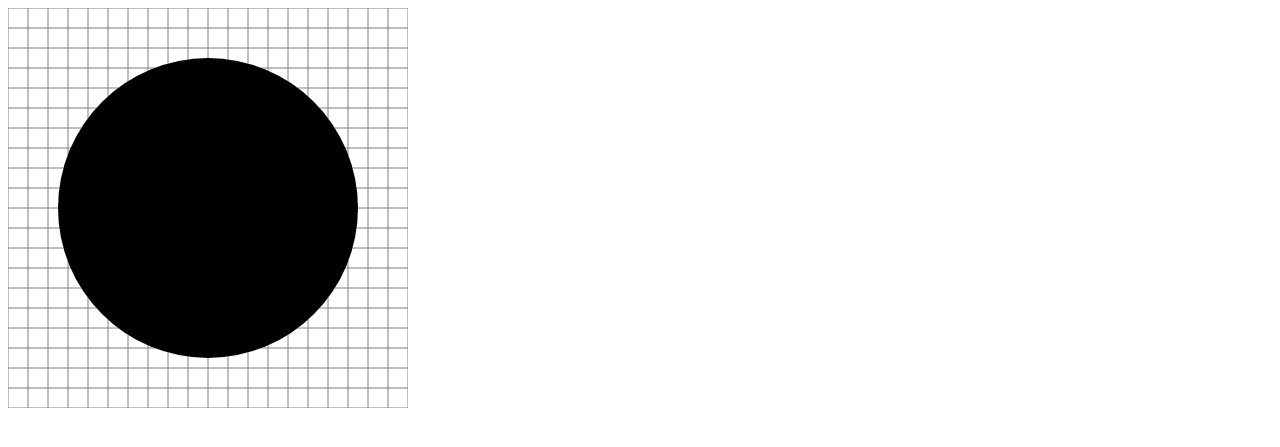
Repository: pedro-mancano/ProjetoCDM204
Page: scripts/radar.html
An editor plug-in stored every save of this project. The page is shown before and after the next save, followed by the edit.
The browser window is 1280 px wide. The pictures show the whole page.

Above is the page before, as saved 2024-11-27 08:19:01.

After the next save:
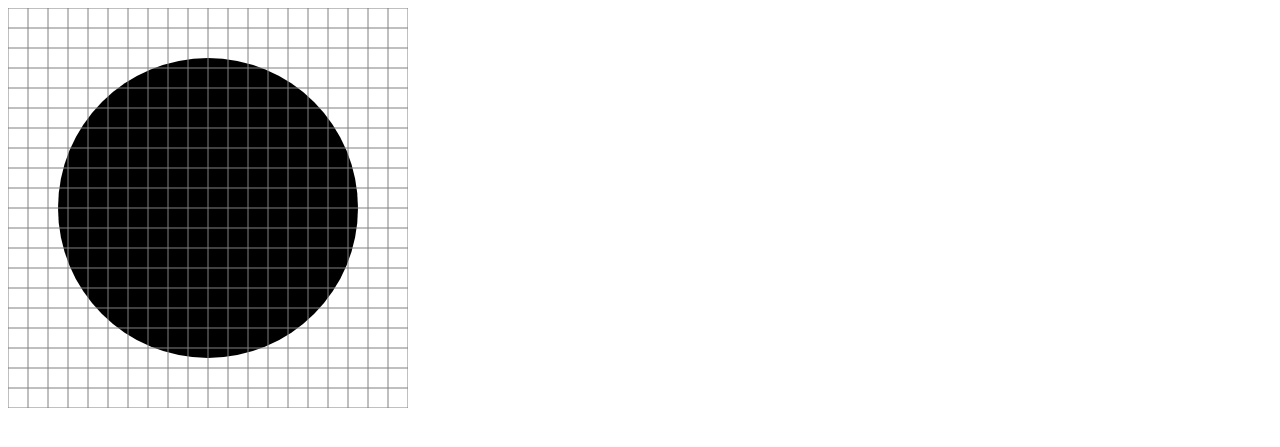
Saved 14 s later.
--- a/scripts/radar.js
+++ b/scripts/radar.js
@@ -58,13 +58,14 @@ function draw(elapsed) {
   }
 
   // Draw the grid
-  drawGrid(ctx, 20);
 
   // Clear the outside of the circle
   clearOutsideCircle(ctx, centerX, centerY, radius);
 
   // Draw the circle outline
   drawCircleOutline(ctx, centerX, centerY, radius);
+
+  drawGrid(ctx, 20);
 }
 
 function drawLoop() {
